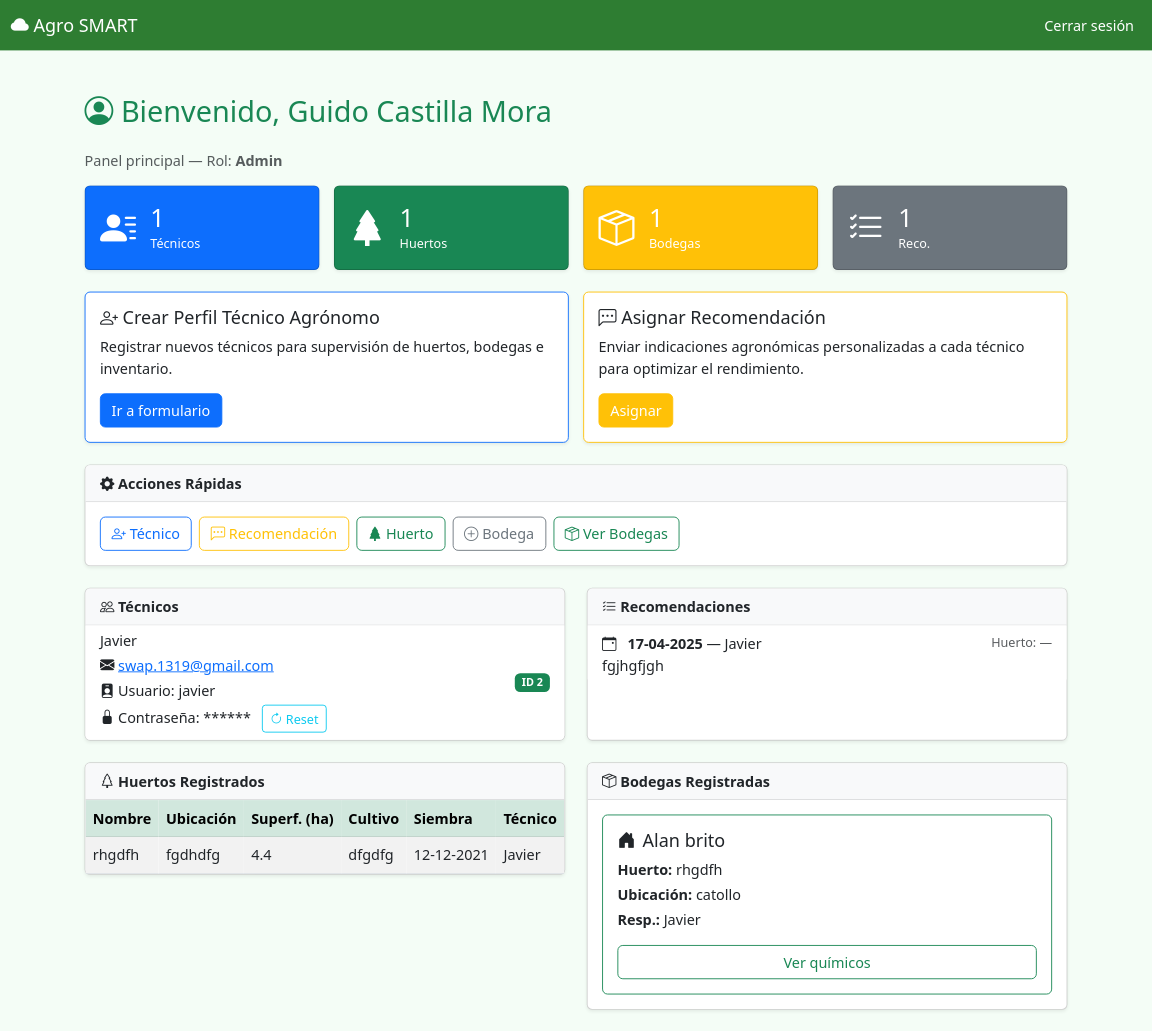
Repository: eikos4/Agrodeskv3
Page: http://localhost/admin/dashboard
These files come from the project's save history. The page is drawn as it stood at one moment and after the next save; the edit follows.
The browser window is 1280 px wide. The pictures show the whole page, at 90% of full size.
The page is served by the project's application, run on Flask 3 (app/__init__.py). The user the application loads for id 1 is signed in. Other server files are loaded and not shown. The page reads the database file committed with the project.

Above is the page before, as saved 2025-04-16 23:54:59.

### app/templates/admin/admin_dashboard.html
{% extends "base.html" %}

{% block title %}Panel Administrativo{% endblock %}

{% block content %}

<div class="container py-4">

  <!-- Título del panel -->
  <h2 class="mb-4 text-success">
    <i class="bi bi-person-circle"></i> Bienvenido, {{ current_user.name }}
  </h2>
  <p class="text-muted">Panel principal — Rol: <strong>{{ current_user.role|capitalize }}</strong></p>

  {% if notificaciones %}
  <!-- Notificaciones -->
  <div class="alert alert-light border-start border-4 border-success shadow-sm mb-4">
    <h5><i class="bi bi-bell-fill text-success"></i> Notificaciones</h5>
    <ul class="mb-0 ps-3">
      {% for n in notificaciones %}
        <li><strong>{{ n.titulo }}</strong> — {{ n.mensaje }} <small class="text-muted">({{ n.fecha.strftime('%d-%m-%Y') }})</small></li>
      {% endfor %}
    </ul>
  </div>
  {% endif %}


  {% if current_user.role == 'admin' %}
  <!-- Estadísticas generales -->
  <div class="row g-3 mb-4">
    {% set stats = [
      {'icon':'person-lines-fill','count': tecnicos|length, 'label':'Técnicos','color':'primary'},
      {'icon':'tree-fill','count': huertos|length,       'label':'Huertos','color':'success'},
      {'icon':'box-seam','count': bodegas|length,       'label':'Bodegas','color':'warning'},
      {'icon':'list-check','count': ultimas_recomendaciones|length,'label':'Reco.','color':'secondary'}
    ] %}
    {% for item in stats %}
    <div class="col-md-3">
      <div class="card text-white bg-{{ item.color }} shadow-sm h-100">
        <div class="card-body d-flex align-items-center">
          <i class="bi bi-{{ item.icon }} fs-1 me-3"></i>
          <div>
            <h3 class="mb-0">{{ item.count }}</h3>
            <small>{{ item.label }}</small>
          </div>
        </div>
      </div>
    </div>
    {% endfor %}
  </div>

  <div class="row g-3 mb-4">
    <div class="col-md-6">
      <div class="card border-primary shadow-sm h-100">
        <div class="card-body">
          <h5 class="card-title"><i class="bi bi-person-plus"></i> Crear Perfil Técnico Agrónomo</h5>
          <p class="card-text">Registrar nuevos técnicos para supervisión de huertos, bodegas e inventario.</p>
          <a href="{{ url_for('admin.crear_tecnico') }}" class="btn btn-primary">Ir a formulario</a>
        </div>
      </div>
    </div>
    <div class="col-md-6">
      <div class="card border-warning shadow-sm h-100">
        <div class="card-body">
          <h5 class="card-title"><i class="bi bi-chat-left-dots"></i> Asignar Recomendación</h5>
          <p class="card-text">Enviar indicaciones agronómicas personalizadas a cada técnico para optimizar el rendimiento.</p>
          <a href="{{ url_for('admin.recomendar') }}" class="btn btn-warning text-white">Asignar</a>
        </div>
      </div>
    </div>
  </div>










  <!-- Acciones rápidas -->
  <div class="card mb-4 shadow-sm">
    <div class="card-header bg-light"><strong><i class="bi bi-gear-fill"></i> Acciones Rápidas</strong></div>
    <div class="card-body">
      <div class="d-flex flex-wrap gap-2">
        <a class="btn btn-outline-primary" href="{{ url_for('admin.crear_tecnico') }}"><i class="bi bi-person-plus"></i> Técnico</a>
        <a class="btn btn-outline-warning" href="{{ url_for('admin.recomendar') }}"><i class="bi bi-chat-left-dots"></i> Recomendación</a>
        <a class="btn btn-outline-success" href="{{ url_for('admin.crear_huerto') }}"><i class="bi bi-tree-fill"></i> Huerto</a>
        <a class="btn btn-outline-secondary" href="{{ url_for('admin.crear_bodega') }}"><i class="bi bi-plus-circle"></i> Bodega</a>
        <a class="btn btn-outline-success" href="{{ url_for('admin.listar_bodegas') }}"><i class="bi bi-box-seam"></i> Ver Bodegas</a>
      </div>
    </div>
  </div>

  <!-- Sección: Técnicos y Recomendaciones -->
    <!-- Sección: Técnicos y Recomendaciones -->
    <div class="row g-4 mb-4">
      <div class="col-lg-6">
        <div class="card h-100 shadow-sm">
          <div class="card-header bg-light"><strong><i class="bi bi-people"></i> Técnicos</strong></div>
          <ul class="list-group list-group-flush">
            {% for t in tecnicos %}
            <li class="list-group-item">
              <div class="d-flex justify-content-between align-items-start">
                <div>
                  <h6 class="mb-1">{{ t.name }}</h6>
                  <p class="mb-1">
                    <i class="bi bi-envelope-fill"></i>
                    <a href="mailto:{{ t.email }}">{{ t.email }}</a>
                  </p>
                  <p class="mb-1">
                    <i class="bi bi-person-badge-fill"></i>
                    Usuario: {{ t.name|lower|replace(' ', '.') }}
                  </p>
                  <p class="mb-0">
                    <i class="bi bi-lock-fill"></i>
                    Contraseña: ******
                    <a href="{{ url_for('admin.reset_password', tecnico_id=t.id) }}" class="ms-2 btn btn-sm btn-outline-info">
                      <i class="bi bi-arrow-clockwise"></i> Reset
                    </a>
                  </p>
                </div>
                <span class="badge bg-success align-self-center">ID {{ t.id }}</span>
              </div>
            </li>
            {% else %}
            <li class="list-group-item text-muted">No hay técnicos registrados.</li>
            {% endfor %}
          </ul>
        </div>
      </div>
      <div class="col-lg-6">
        <div class="card h-100 shadow-sm">
          <div class="card-header bg-light"><strong><i class="bi bi-list-check"></i> Recomendaciones</strong></div>
          <ul class="list-group list-group-flush">
            {% for r in ultimas_recomendaciones %}
            <li class="list-group-item">
              <div class="d-flex justify-content-between">
                <div>
                  <i class="bi bi-calendar-event me-2"></i>
                  <strong>{{ r.fecha.strftime('%d-%m-%Y') }}</strong> — {{ r.tecnico.name }}
                </div>
                <small class="text-muted">Huerto: {{ r.huerto.nombre if r.huerto else '—' }}</small>
              </div>
              <p class="mb-0">{{ r.contenido }}</p>
            </li>
            {% else %}
            <li class="list-group-item text-muted">No hay recomendaciones.</li>
            {% endfor %}
          </ul>
        </div>
      </div>
    </div>


  <!-- Sección: Huertos y Bodegas -->
  <div class="row g-4">
    <div class="col-lg-6">
      <div class="card shadow-sm">
        <div class="card-header bg-light"><strong><i class="bi bi-tree"></i> Huertos Registrados</strong></div>
        <div class="table-responsive">
          <table class="table table-striped mb-0">
            <thead class="table-success">
              <tr><th>Nombre</th><th>Ubicación</th><th>Superf. (ha)</th><th>Cultivo</th><th>Siembra</th><th>Técnico</th></tr>
            </thead>
            <tbody>
              {% for h in huertos %}
              <tr>
                <td>{{ h.nombre }}</td>
                <td>{{ h.ubicacion }}</td>
                <td>{{ h.superficie_ha }}</td>
                <td>{{ h.tipo_cultivo }}</td>
                <td>{{ h.fecha_siembra.strftime('%d-%m-%Y') }}</td>
                <td>{{ h.responsable.name }}</td>
              </tr>
              {% else %}
              <tr><td colspan="6" class="text-center text-muted">No hay huertos.</td></tr>
              {% endfor %}
            </tbody>
          </table>
        </div>
      </div>
    </div>
    <div class="col-lg-6">
      <div class="card shadow-sm">
        <div class="card-header bg-light"><strong><i class="bi bi-box-seam"></i> Bodegas Registradas</strong></div>
        <div class="card-body">
          <div class="row row-cols-1 g-3">
            {% for b in bodegas %}
            <div class="col">
              <div class="card border-success h-100">
                <div class="card-body d-flex flex-column justify-content-between">
                  <div>
                    <h5><i class="bi bi-house-door-fill me-2"></i>{{ b.nombre }}</h5>
                    <p class="mb-1"><strong>Huerto:</strong> {{ b.huerto.nombre if b.huerto else '—' }}</p>
                    <p class="mb-1"><strong>Ubicación:</strong> {{ b.ubicacion or '—' }}</p>
                    <p class="mb-0"><strong>Resp.:</strong> {{ b.responsable.name if b.responsable else '—' }}</p>
                  </div>
                  <a href="{{ url_for('admin.ver_quimicos', bodega_id=b.id) }}" class="btn btn-outline-success mt-3">Ver químicos</a>
                </div>
              </div>
            </div>
            {% else %}
            <div class="col"><div class="alert alert-info text-center mb-0">No hay bodegas.</div></div>
            {% endfor %}
          </div>
        </div>
      </div>
    </div>
  </div>

  {% endif %}
</div>
{% endblock %}

### app/templates/base.html
<!DOCTYPE html>
<html lang="es">
<head>
    <meta charset="UTF-8">
    <title>{% block title %}AgroSMART{% endblock %}</title>
    <meta name="viewport" content="width=device-width, initial-scale=1">

    <!-- Bootstrap 5 -->
    <link href="https://cdn.jsdelivr.net/npm/bootstrap@5.3.0/dist/css/bootstrap.min.css" rel="stylesheet">

    <!-- Iconos de Bootstrap -->
    <link href="https://cdn.jsdelivr.net/npm/bootstrap-icons@1.10.5/font/bootstrap-icons.css" rel="stylesheet">

    <style>
        body {
            background-color: #f4fdf6;
        }
        .navbar-agro {
            background-color: #2e7d32; /* Verde oscuro */
        }
        .navbar-agro .nav-link,
        .navbar-agro .navbar-brand {
            color: #ffffff !important;
        }
        .navbar-agro .nav-link:hover {
            color: #c8e6c9 !important;
        }
        .btn-agro {
            background-color: #43a047;
            color: white;
        }
        .btn-agro:hover {
            background-color: #388e3c;
        }
    </style>
</head>
<body>

<nav class="navbar navbar-expand-lg navbar-agro">
  <div class="container-fluid">
    <a class="navbar-brand" href="{{ url_for('main.index') }}">
        <i class="bi bi-cloud-fill"></i> Agro SMART
    </a>
    <button class="navbar-toggler" type="button" data-bs-toggle="collapse" data-bs-target="#navbarNav">
      <span class="navbar-toggler-icon"></span>
    </button>
    <div class="collapse navbar-collapse justify-content-end" id="navbarNav">
      <ul class="navbar-nav">
        {% if current_user.is_authenticated %}
          <li class="nav-item">
            <a class="nav-link" href="{{ url_for('auth.logout') }}">Cerrar sesión</a>
          </li>
        {% endif %}
      </ul>
    </div>
  </div>
</nav>

<div class="container mt-4">
  {% with messages = get_flashed_messages(with_categories=true) %}
    {% if messages %}
      {% for category, message in messages %}
        <div class="alert alert-{{ category }} alert-dismissible fade show" role="alert">
          {{ message }}
          <button type="button" class="btn-close" data-bs-dismiss="alert" aria-label="Close"></button>
        </div>
      {% endfor %}
    {% endif %}
  {% endwith %}

  {% block content %}{% endblock %}
</div>

<!-- Bootstrap JS (opcional para alertas, menú móvil, etc.) -->
<script src="https://cdn.jsdelivr.net/npm/bootstrap@5.3.0/dist/js/bootstrap.bundle.min.js"></script>
</body>
</html>

### app/__init__.py
from flask import Flask, render_template
from flask_sqlalchemy import SQLAlchemy
from flask_login import LoginManager
from flask_migrate import Migrate
import os

db = SQLAlchemy()
login_manager = LoginManager()
migrate = Migrate()

def create_app():
    app = Flask(__name__)

    # Cargar la configuración del objeto Config definido en config.py.
    # Se recomienda usar variables de entorno para datos sensibles.
    app.config.from_object('config.Config')

    # Inicializar extensiones
    db.init_app(app)
    login_manager.init_app(app)
    migrate.init_app(app, db)

    # Configurar el login manager
    login_manager.login_view = "auth.login"        # Ruta o endpoint de la página de login
    login_manager.login_message_category = "info"   # Categoría para mensajes flash

    # Importar los modelos después de inicializar las extensiones para evitar ciclos
    from app.models import User

    @login_manager.user_loader
    def load_user(user_id):
        return User.query.get(int(user_id))

    # Registro de Blueprints
    from .routes.auth import auth_bp
    from .routes.admin import admin_bp
    from .routes.tecnico import tecnico_bp  # type: ignore
    from .routes.main import main_bp
    from flask_login import current_user

    app.register_blueprint(auth_bp)
    app.register_blueprint(admin_bp)
    app.register_blueprint(tecnico_bp)
    app.register_blueprint(main_bp)

    # Registro de manejadores de errores personalizados
    @app.errorhandler(404)
    def not_found_error(error):
        return render_template("404.html"), 404

    @app.context_processor
    def inject_user():
        return dict(user=current_user)


    @app.errorhandler(500)
    def internal_error(error):
        # Rollback de la sesión si ocurre un error interno para evitar bloqueos de transacciones
        db.session.rollback()
        return render_template("500.html"), 500

    return app

### app/routes/admin.py
from flask import Blueprint, render_template, redirect, url_for, flash, request
from flask_login import login_required, current_user
from werkzeug.security import generate_password_hash
from functools import wraps
from app.forms import CreateTechnicianForm, RecommendationForm, HuertoForm, BodegaForm
from app.models import User, Recomendacion, Huerto, Bodega
from app import db

admin_bp = Blueprint('admin', __name__)

# Decorador para asegurar que el usuario tenga rol de administrador
def admin_required(f):
    @wraps(f)
    def decorated_function(*args, **kwargs):
        if current_user.role != 'admin':
            flash("Acceso no autorizado", "danger")
            return redirect(url_for('main.dashboard'))
        return f(*args, **kwargs)
    return decorated_function

@admin_bp.route('/crear_tecnico', methods=['GET', 'POST'])
@login_required
@admin_required
def crear_tecnico():
    form = CreateTechnicianForm()
    if form.validate_on_submit():
        hashed_pw = generate_password_hash(form.password.data)
        new_user = User(
            name=form.name.data,
            email=form.email.data,
            password=hashed_pw,
            role="tecnico",
            created_by=current_user.id
        )
        db.session.add(new_user)
        db.session.commit()
        flash("Técnico creado exitosamente", "success")
        return redirect(url_for('main.dashboard'))
    return render_template("crear_tecnico.html", form=form)

@admin_bp.route('/recomendar', methods=['GET', 'POST'])
@login_required
@admin_required
def recomendar():
    form = RecommendationForm()
    form.tecnico_id.choices = [(u.id, u.name) for u in User.query.filter_by(role="tecnico").all()]
    if form.validate_on_submit():
        recomendacion = Recomendacion(
            contenido=form.contenido.data,
            tecnico_id=form.tecnico_id.data
        )
        db.session.add(recomendacion)
        db.session.commit()
        flash("Recomendación asignada", "success")
        return redirect(url_for('main.dashboard'))
    return render_template("recomendar.html", form=form)

@admin_bp.route('/crear_huerto', methods=['GET', 'POST'])
@login_required
@admin_required
def crear_huerto():
    form = HuertoForm()
    # Llena el select con los técnicos disponibles
    form.responsable_id.choices = [(t.id, t.name) for t in User.query.filter_by(role="tecnico").all()]
    if form.validate_on_submit():
        nuevo_huerto = Huerto(
            nombre=form.nombre.data,
            ubicacion=form.ubicacion.data,
            superficie_ha=form.superficie_ha.data,
            tipo_cultivo=form.tipo_cultivo.data,
            fecha_siembra=form.fecha_siembra.data,
            responsable_id=form.responsable_id.data
        )
        db.session.add(nuevo_huerto)
        db.session.commit()
        flash("Huerto creado exitosamente ✅", "success")
        return redirect(url_for('main.dashboard'))
    return render_template("huerto_form.html", form=form)

@admin_bp.route('/bodegas')
@login_required
@admin_required
def listar_bodegas():
    bodegas = Bodega.query.order_by(Bodega.nombre.asc()).all()
    return render_template("bodegas.html", bodegas=bodegas)

@admin_bp.route('/crear_bodega', methods=['GET', 'POST'])
@login_required
@admin_required
def crear_bodega():
    form = BodegaForm()
    # Cargar huertos y técnicos
    form.huerto_id.choices = [(h.id, h.nombre) for h in Huerto.query.all()]
    form.responsable_id.choices = [(0, "--- Sin asignar ---")] + [(t.id, t.name) for t in User.query.filter_by(role="tecnico")]
    if form.validate_on_submit():
        responsable_id = form.responsable_id.data if form.responsable_id.data != 0 else None
        nueva_bodega = Bodega(
            nombre=form.nombre.data,
            ubicacion=form.ubicacion.data,
            huerto_id=form.huerto_id.data,
            responsable_id=responsable_id
        )
        db.session.add(nueva_bodega)
        db.session.commit()
        flash("Bodega registrada correctamente ✅", "success")
        return redirect(url_for('admin.listar_bodegas'))
    return render_template("bodega_form.html", form=form)

@admin_bp.route('/bodega/<int:bodega_id>/quimicos')
@login_required
@admin_required
def ver_quimicos(bodega_id):
    # Aquí podrías expandir la lógica para listar químicos de la bodega
    return f"Químicos de la bodega {bodega_id}"

@admin_bp.route('/admin/dashboard')
@login_required
@admin_required
def admin_dashboard():
    bodegas = Bodega.query.order_by(Bodega.nombre.asc()).all()
    tecnicos = User.query.filter_by(role='tecnico').all()
    huertos = Huerto.query.order_by(Huerto.nombre.asc()).all()       # <-- Añadido
    ultimas_recomendaciones = (
        Recomendacion.query
        .order_by(Recomendacion.fecha.desc())
        .limit(5)
        .all()
    )
    return render_template(
        'admin/admin_dashboard.html',
        bodegas=bodegas,
        tecnicos=tecnicos,
        huertos=huertos,                                          # <-- Añadido
        ultimas_recomendaciones=ultimas_recomendaciones
    )

@admin_bp.route('/admin/actualizar_recomendacion/<int:recomendacion_id>', methods=['POST'])
@login_required
@admin_required
def actualizar_recomendacion(recomendacion_id):
    recomendacion = Recomendacion.query.get_or_404(recomendacion_id)
    recomendacion.estado = request.form['estado']
    db.session.commit()
    flash("Estado de la recomendación actualizado exitosamente", "success")
    return redirect(url_for('admin.admin_dashboard'))



from flask import render_template, request, redirect, url_for, flash
from werkzeug.security import generate_password_hash
from app.models import User
# Asegúrate de tener importados db, login_required, admin_required

@admin_bp.route('/admin/tecnico/<int:tecnico_id>/reset_password', methods=['GET', 'POST'])
@login_required
@admin_required
def reset_password(tecnico_id):
    tecnico = User.query.get_or_404(tecnico_id)
    if request.method == 'POST':
        nueva = request.form['password']
        tecnico.password = generate_password_hash(nueva)
        db.session.commit()
        flash(f"Contraseña de {tecnico.name} actualizada.", "success")
        return redirect(url_for('admin.admin_dashboard'))
    return render_template('admin/reset_password.html', tecnico=tecnico)

### instance/agrocloud.db (the tables this page reads, as SQL)
CREATE TABLE bodegas (
	id INTEGER NOT NULL, 
	nombre VARCHAR(100) NOT NULL, 
	ubicacion VARCHAR(100), 
	responsable_id INTEGER, 
	huerto_id INTEGER NOT NULL, 
	created_at DATETIME, 
	updated_at DATETIME, 
	PRIMARY KEY (id), 
	FOREIGN KEY(huerto_id) REFERENCES huertos (id), 
	FOREIGN KEY(responsable_id) REFERENCES users (id)
);
INSERT INTO "bodegas" VALUES
(1, 'Alan brito', 'catollo', 2, 1, '2025-04-17 23:33:51.121613', '2025-04-17 23:33:51.121618');

CREATE TABLE huertos (
	id INTEGER NOT NULL, 
	nombre VARCHAR(100) NOT NULL, 
	ubicacion VARCHAR(200), 
	superficie_ha FLOAT, 
	tipo_cultivo VARCHAR(100), 
	fecha_siembra DATE, 
	responsable_id INTEGER, 
	created_at DATETIME, 
	updated_at DATETIME, 
	PRIMARY KEY (id), 
	FOREIGN KEY(responsable_id) REFERENCES users (id)
);
INSERT INTO "huertos" VALUES
(1, 'rhgdfh', 'fgdhdfg', 4.4, 'dfgdfg', '2021-12-12', 2, '2025-04-17 23:33:06.089359', '2025-04-17 23:33:06.089369');

CREATE TABLE recomendacion (
	id INTEGER NOT NULL, 
	contenido TEXT NOT NULL, 
	fecha DATETIME, 
	categoria VARCHAR(100), 
	estado VARCHAR(20), 
	adjunto VARCHAR(200), 
	tecnico_id INTEGER, 
	autor_id INTEGER, 
	PRIMARY KEY (id), 
	FOREIGN KEY(autor_id) REFERENCES users (id), 
	FOREIGN KEY(tecnico_id) REFERENCES users (id)
);
INSERT INTO "recomendacion" VALUES
(1, 'fgjhgfjgh', '2025-04-17 23:45:08.317837', NULL, 'pendiente', NULL, 2, NULL);

CREATE TABLE users (
	id INTEGER NOT NULL, 
	name VARCHAR(100) NOT NULL, 
	email VARCHAR(150) NOT NULL, 
	password VARCHAR(200) NOT NULL, 
	role VARCHAR(20) NOT NULL, 
	created_by INTEGER, 
	created_at DATETIME, 
	updated_at DATETIME, 
	PRIMARY KEY (id), 
	FOREIGN KEY(created_by) REFERENCES users (id)
);
INSERT INTO "users" VALUES
(1, 'Guido Castilla Mora', 'guido@agrocloud.cl', 'scrypt:32768:8:1$UcWMlIv4oViOaPQj$4d5777988d157cd96fb4feac4110ea1bd0b5c715f32791a37922e6941c228e9e4a723003b095e46d76f2f310074ab29ee94bd776404a8144e13cb43c19d4e559', 'admin', NULL, '2025-04-17 23:16:18.435664', '2025-04-17 23:16:18.435670'),
(2, 'Javier', 'swap.1319@gmail.com', 'scrypt:32768:8:1$6y2Fs4lw9H8hl7u6$885c992452306bc98f13c96bcb742ceadf1163ed18b430c5432c8e8348a8c488ac66ad511bedece8ab926819446097d01a13d8a0e0b2642220f0106ab8d197e6', 'tecnico', 1, '2025-04-17 23:17:48.669882', '2025-04-17 23:18:13.070963');

After the next save:
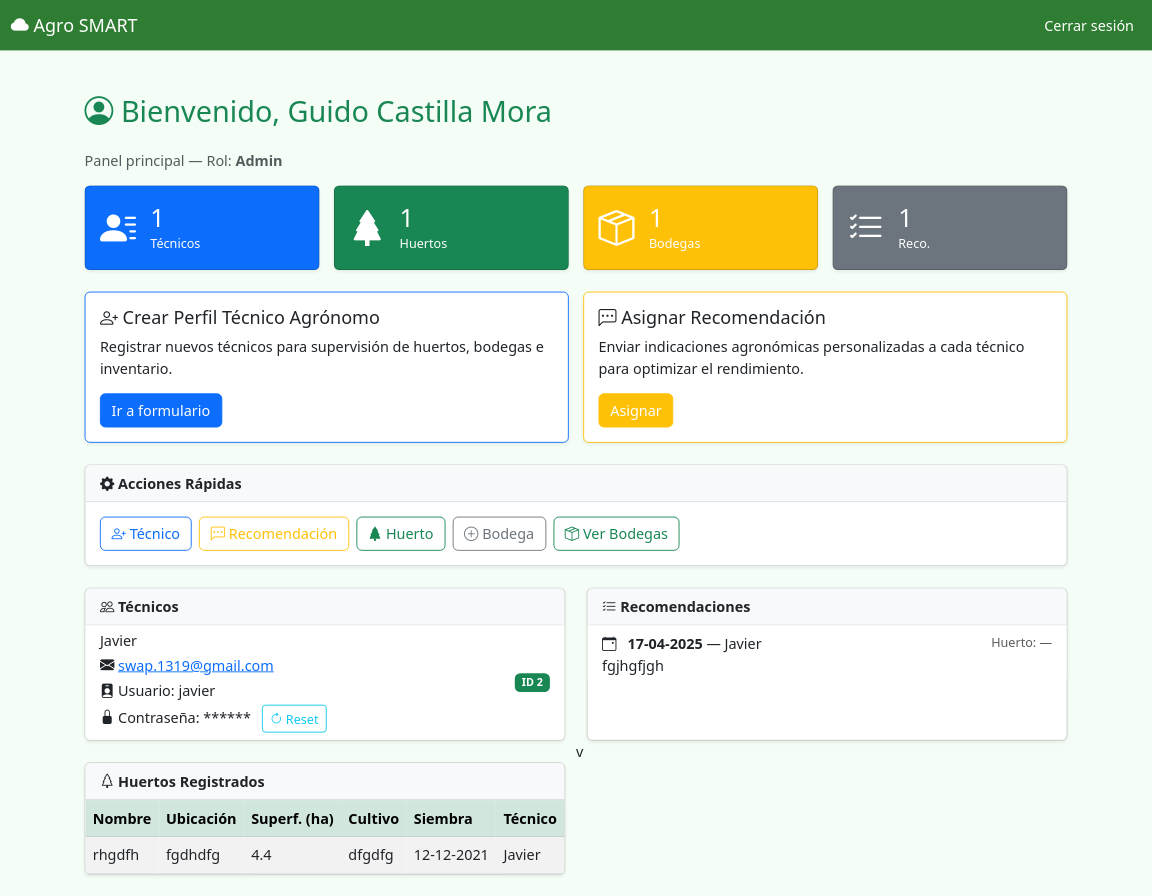
Saved 4 min 25 s later.
--- a/app/templates/admin/admin_dashboard.html
+++ b/app/templates/admin/admin_dashboard.html
@@ -182,33 +182,7 @@
         </div>
       </div>
     </div>
-    <div class="col-lg-6">
-      <div class="card shadow-sm">
-        <div class="card-header bg-light"><strong><i class="bi bi-box-seam"></i> Bodegas Registradas</strong></div>
-        <div class="card-body">
-          <div class="row row-cols-1 g-3">
-            {% for b in bodegas %}
-            <div class="col">
-              <div class="card border-success h-100">
-                <div class="card-body d-flex flex-column justify-content-between">
-                  <div>
-                    <h5><i class="bi bi-house-door-fill me-2"></i>{{ b.nombre }}</h5>
-                    <p class="mb-1"><strong>Huerto:</strong> {{ b.huerto.nombre if b.huerto else '—' }}</p>
-                    <p class="mb-1"><strong>Ubicación:</strong> {{ b.ubicacion or '—' }}</p>
-                    <p class="mb-0"><strong>Resp.:</strong> {{ b.responsable.name if b.responsable else '—' }}</p>
-                  </div>
-                  <a href="{{ url_for('admin.ver_quimicos', bodega_id=b.id) }}" class="btn btn-outline-success mt-3">Ver químicos</a>
-                </div>
-              </div>
-            </div>
-            {% else %}
-            <div class="col"><div class="alert alert-info text-center mb-0">No hay bodegas.</div></div>
-            {% endfor %}
-          </div>
-        </div>
-      </div>
-    </div>
-  </div>
+  v
 
   {% endif %}
 </div>
